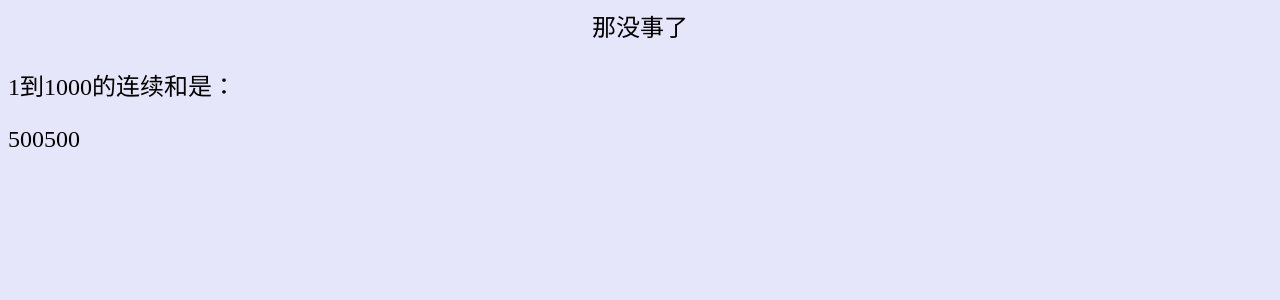
Repository: 871049921/MyCode
Page: http://localhost/Web-Test001/
An editor plug-in stored every save of this project. The page is shown before and after the next save, followed by the edit.
The browser window is 1280 px wide. The pictures show the whole page.
The page is served by Tomcat 9.

Above is the page before, as saved 2019-04-25 13:23:34.

After the next save:
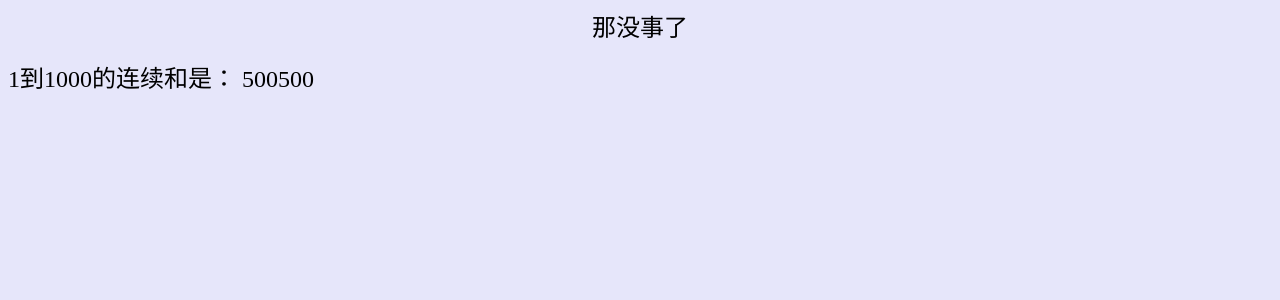
Saved 22 h 46 min later.
--- a/eclipse web-work/Web-Test001/WebContent/index.jsp
+++ b/eclipse web-work/Web-Test001/WebContent/index.jsp
@@ -16,7 +16,7 @@
 		sum += i;
 	}
 	%>
-	<p> 1到1000的连续和是：</p>
+	<p> 1到1000的连续和是：
 	<%=sum %>
 	</font>
 </body>
